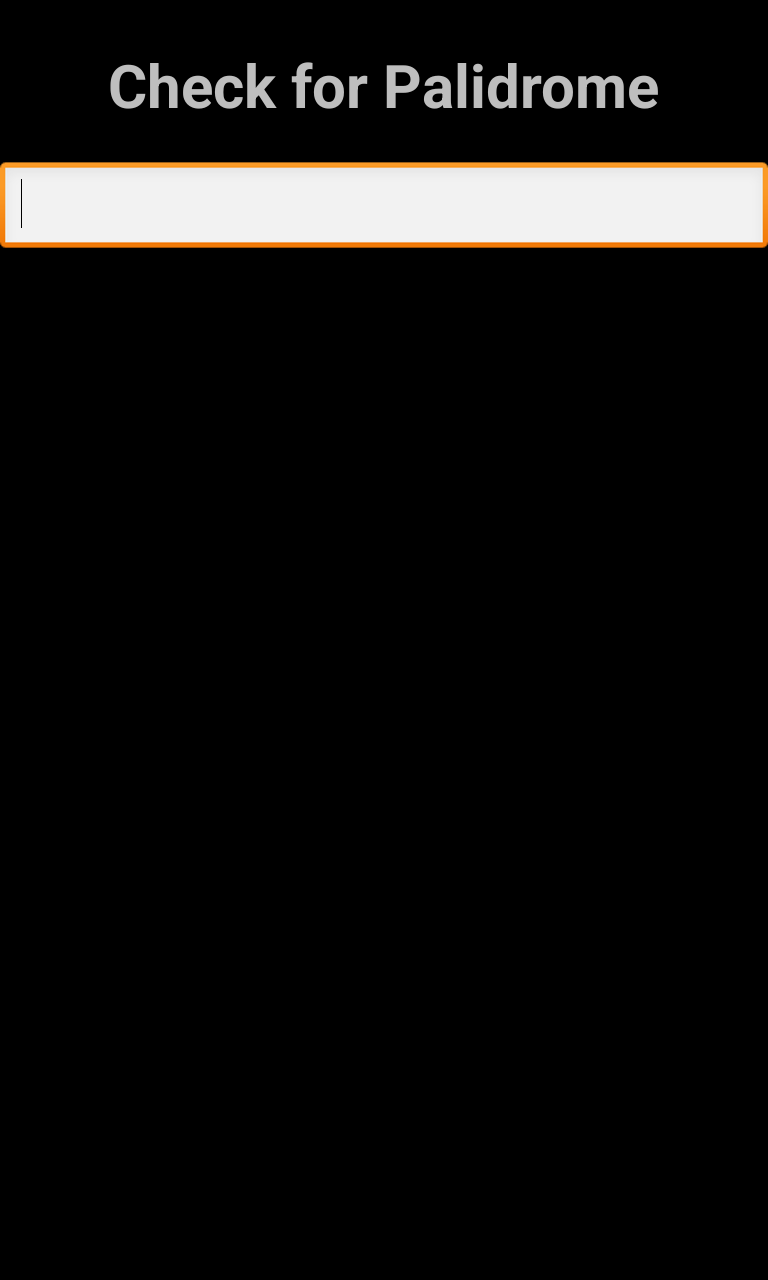
Repository: shinjikun/android-prjs-jenkins-sample
Layout: PalindromePrj/res/layout/main.xml
An editor plug-in stored every save of this project. The layout is shown before and after the next save, followed by the edit.
It is drawn on a 768 x 1280 px phone screen (xhdpi) without system bars, with theme android:Theme; the app's code is not run.

Above is the layout before, as saved 2012-09-23 03:11:38.

After the next save:
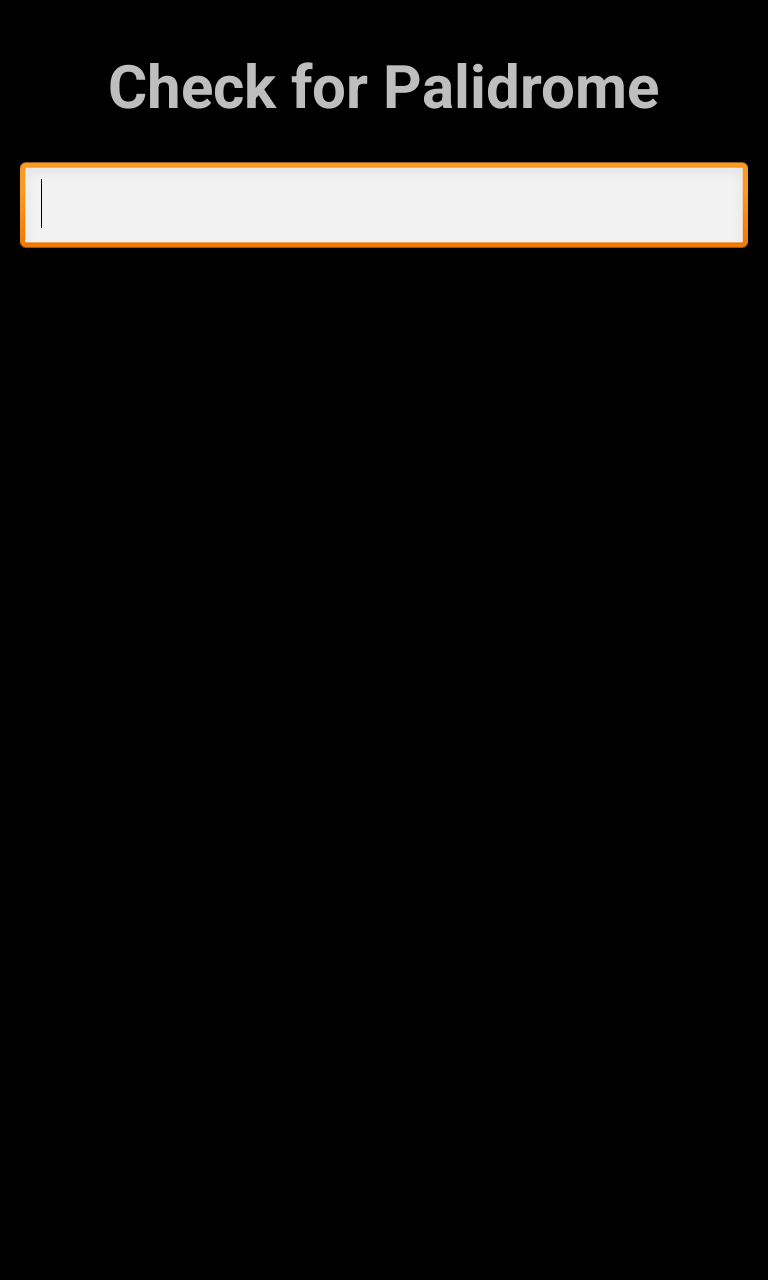
Saved 29 s later.
--- a/PalindromePrj/res/layout/main.xml
+++ b/PalindromePrj/res/layout/main.xml
@@ -22,7 +22,9 @@
         android:layout_height="wrap_content"
         android:layout_below="@+id/textView1"
         android:layout_centerHorizontal="true"
-        android:layout_marginTop="18dp" >
+        android:layout_marginTop="18dp"
+        android:layout_marginLeft="10dp"
+        android:layout_marginRight="10dp" >
 
         <requestFocus />
     </EditText>
